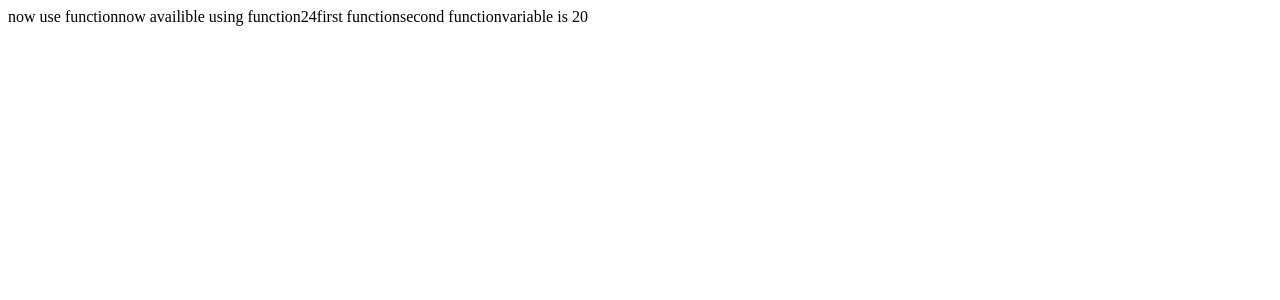
Repository: dudals3844/php_study
Page: http://localhost/hello.php
The author's editor kept a record of every edit. The page is drawn from the files as they stood at one moment, then again after the next edit.
The browser window is 1280 px wide. The pictures show the whole page.
The page is run by PHP 8.4 with error messages shown; the project is at /var/www/html/.

Above is the page before.

### hello.php
<?php
    //http://tcpschool.com/php/php_function_basic 공부하는 사이트
    //parameter argument

    //using function

    $makefunc = true;

    if($makefunc) {
        function func() {
            echo "now use function";

        }
        func();
        //함수를 호출할 수 있습니다.

    }

    //function within function

    function out(){
        function in(){
            echo "now availible using function";
        }
    }

    out();
    in();

    //recursive function

    function factorial($num){
        if($num > 1){
            return $num*factorial($num-1);
        } else {
            return 1;
        }
    }
    echo factorial(4);


    //variable function
    function first(){
        echo "first function";
    }

    function second($para){
        echo "second function";
        echo "variable is {$para}";
    }

    $func = "first";
    $func();
    $func = "second";
    $func(20);
?>

After the next edit:
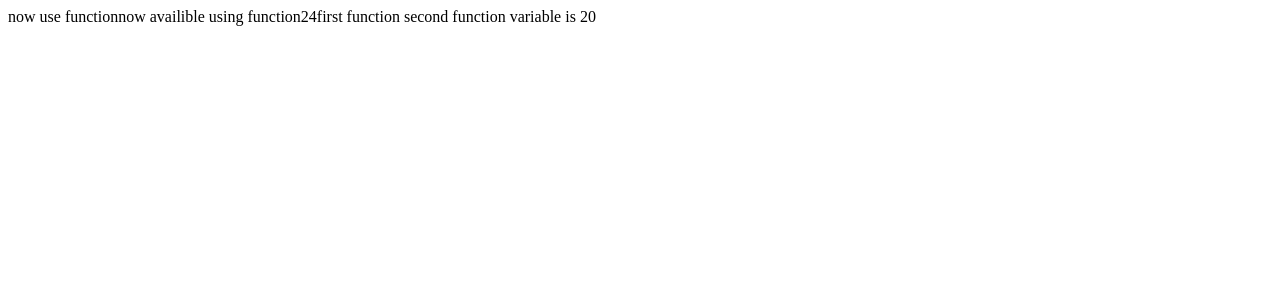
The edit:
--- a/hello.php
+++ b/hello.php
@@ -45,8 +45,8 @@
     }
 
     function second($para){
-        echo "second function";
-        echo "variable is {$para}";
+        echo " second function ";
+        echo " variable is {$para} ";
     }
 
     $func = "first";
